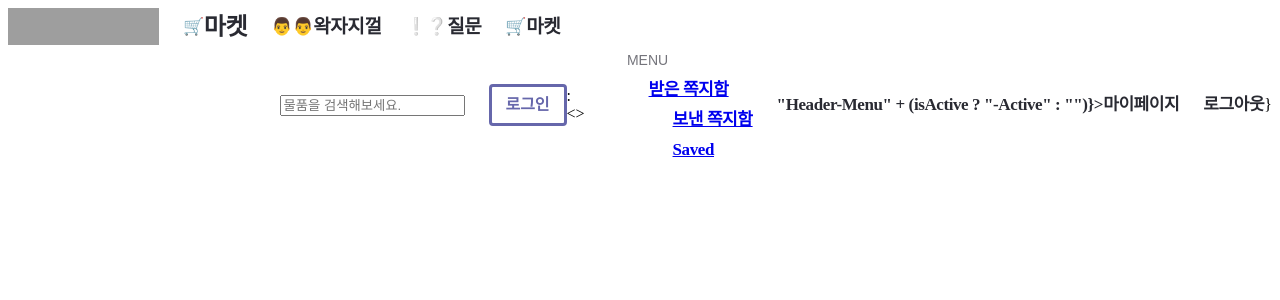
Repository: Khan9389/newDJ_JSP
Page: http://localhost/newDangJang/WEB-INF/jsp/home/main.jsp
The author's editor kept a copy of each file at every save. The page is drawn from the files as they stood at one save, then again after the next save.
The browser window is 1280 px wide. The pictures show the whole page.
Pictures or frames that could not be fetched are drawn as grey boxes. The page is served by Tomcat 9. Nobody is signed in. The template is opened directly, without the code that normally fills it, so the values that code supplies are empty.

Above is the page before, as saved 2022-06-27 05:53:39.

After the next save:
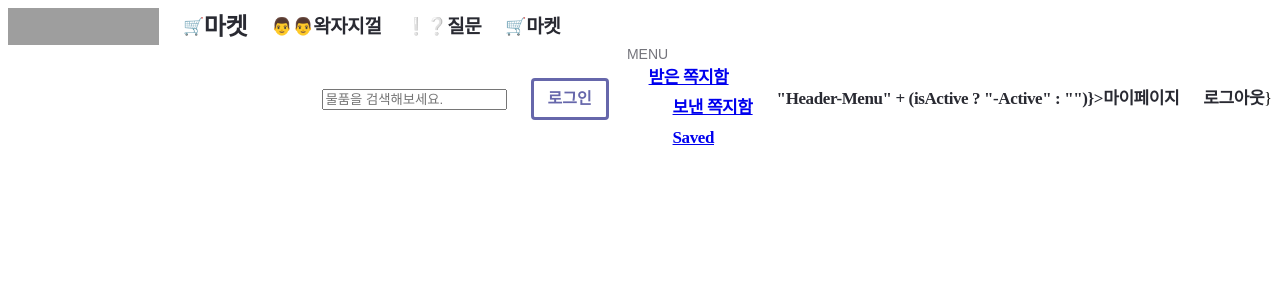
Saved 22 s later.
--- a/newDangJang/WebContent/WEB-INF/jsp/home/main.jsp
+++ b/newDangJang/WebContent/WEB-INF/jsp/home/main.jsp
@@ -158,9 +158,6 @@
                 <li>
                   <button class="mainButton">로그인</button>
                 </li>
-                :
-                <>
-                 <li>
                 <div class="container">
                   <div class="menu-container" style={{
 
